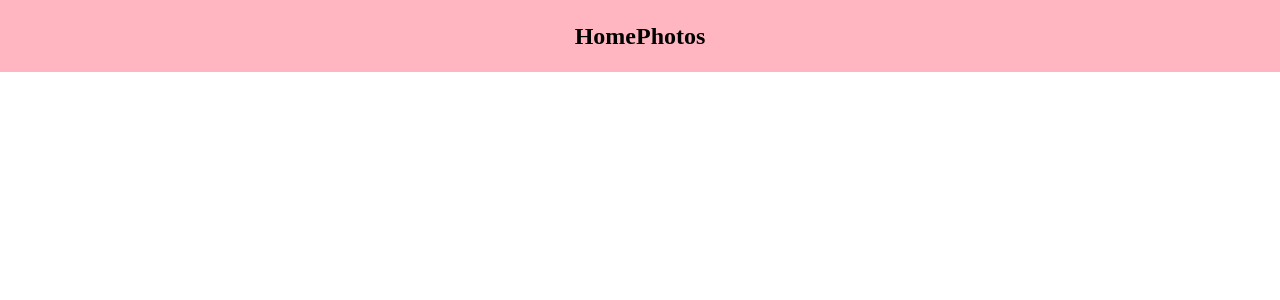
Repository: josephinel6/simple-editing
Page: navigation.html
An editor plug-in stored every save of this project. The page is shown before and after the next save, followed by the edit.
The browser window is 1280 px wide. The pictures show the whole page.

Above is the page before, as saved 2023-05-23 09:24:42.

### navigation.html
<html>
<style>
    .menutab {}
</style>

<body style="margin: 0; padding: 0">
    <div
        style="height: 10%; width: 100%; background-color: lightpink; align-items: center; justify-content: center; display: flex">
        <h2 class="menutab"> Home </h2>
        <h2 class="menutab"> Photos </h2>
    </div>
</body>

</html>

After the next save:
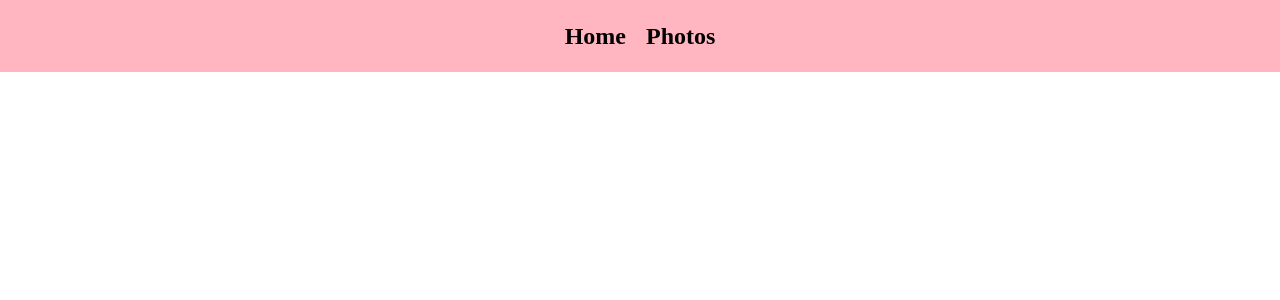
Saved 23 s later.
--- a/navigation.html
+++ b/navigation.html
@@ -1,7 +1,13 @@
 <html>
-<style>
-    .menutab {}
-</style>
+
+<head>
+    <style>
+        .menutab {
+            margin-left: 10px;
+            margin-right: 10px;
+        }
+    </style>
+</head>
 
 <body style="margin: 0; padding: 0">
     <div
